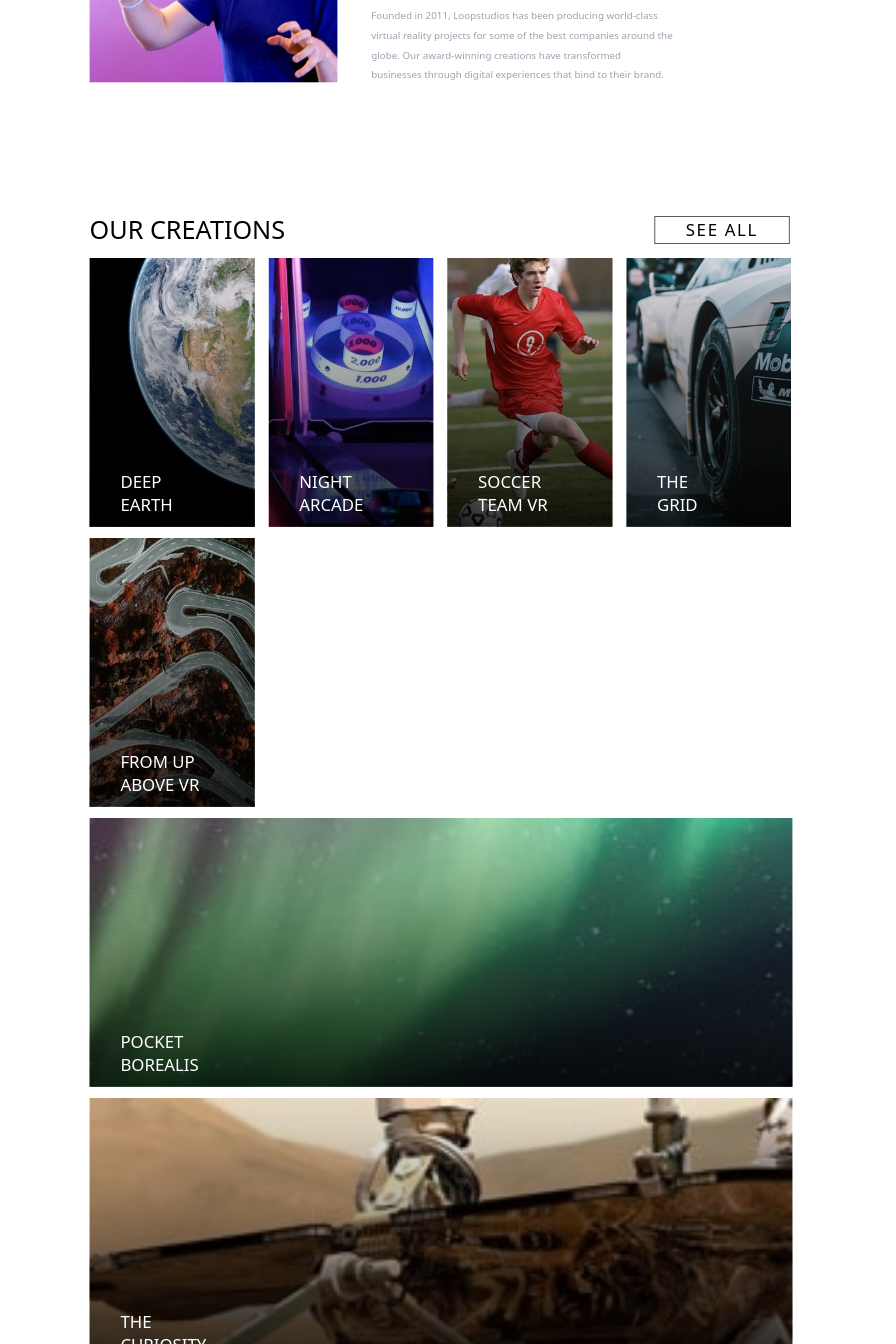
Repository: CAMPSLOPY/StudioLoopApp
Page: index.html
These files come from the project's save history. The page is drawn as it stood at one moment and after the next save; the edit follows.
The browser window is 1280 px wide. The pictures show the part of the page from y = 1151 to 3071 px (the page is 3928 px tall), at 70% of full size.
Some web fonts or font styles are not loaded; a fallback is used. Some web libraries are served in a nearby version.

Above is the page before, as saved 2021-02-26 03:03:27.

After the next save:
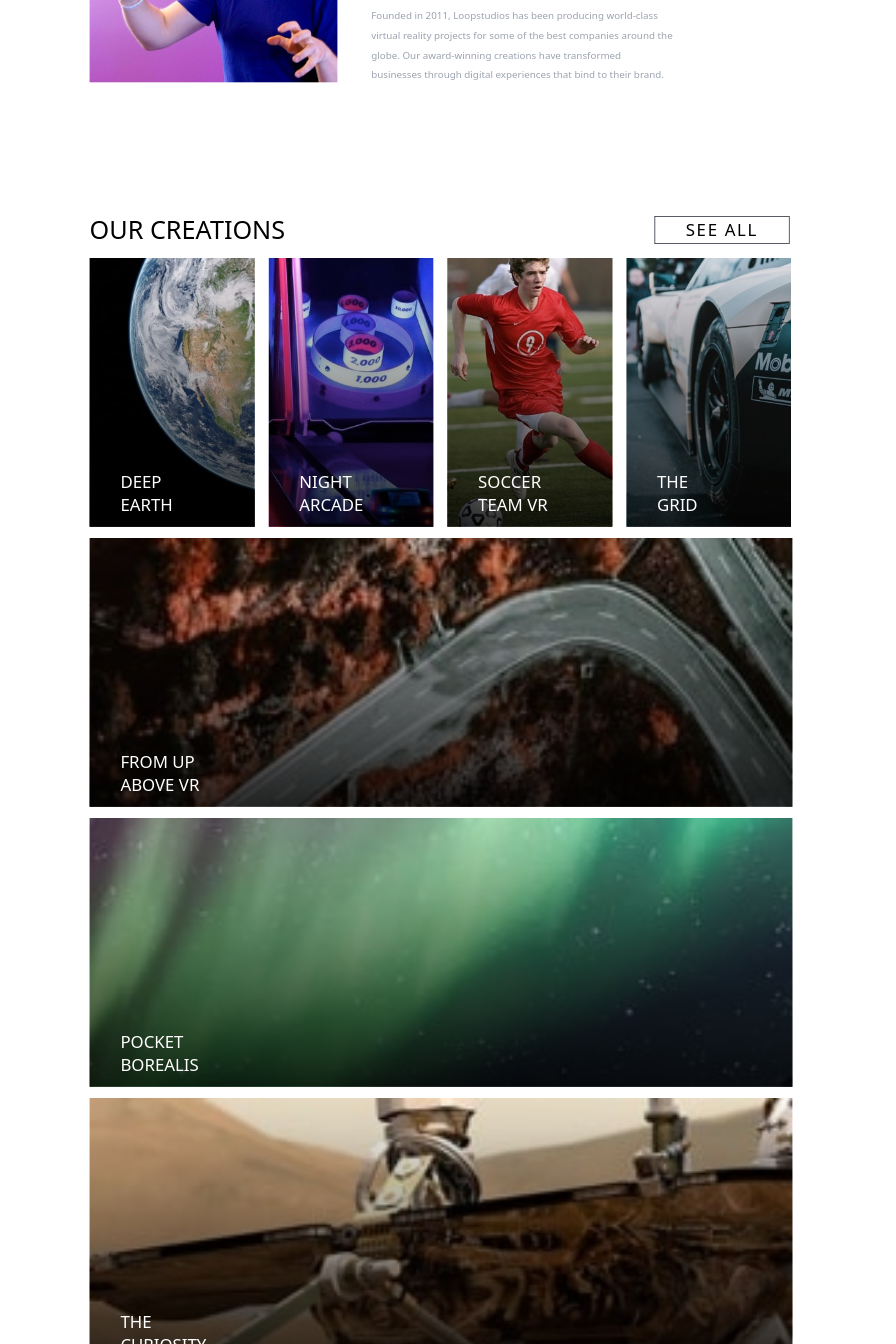
Saved 8 s later.
--- a/index.html
+++ b/index.html
@@ -246,7 +246,7 @@
             <div
               data-aos="fade-right"
               id="card-box"
-              class="card-box relative mr-5 mb-4 h-38 w-full card above-vr md:h-96 bg-no-repeat bg-cover bg-center md:w-better"
+              class="md:card-box relative mr-5 mb-4 h-38 w-full card above-vr md:h-96 bg-no-repeat bg-cover bg-center md:w-better"
             >
               <img
                 src="/images/mobile/image-from-above.jpg"
